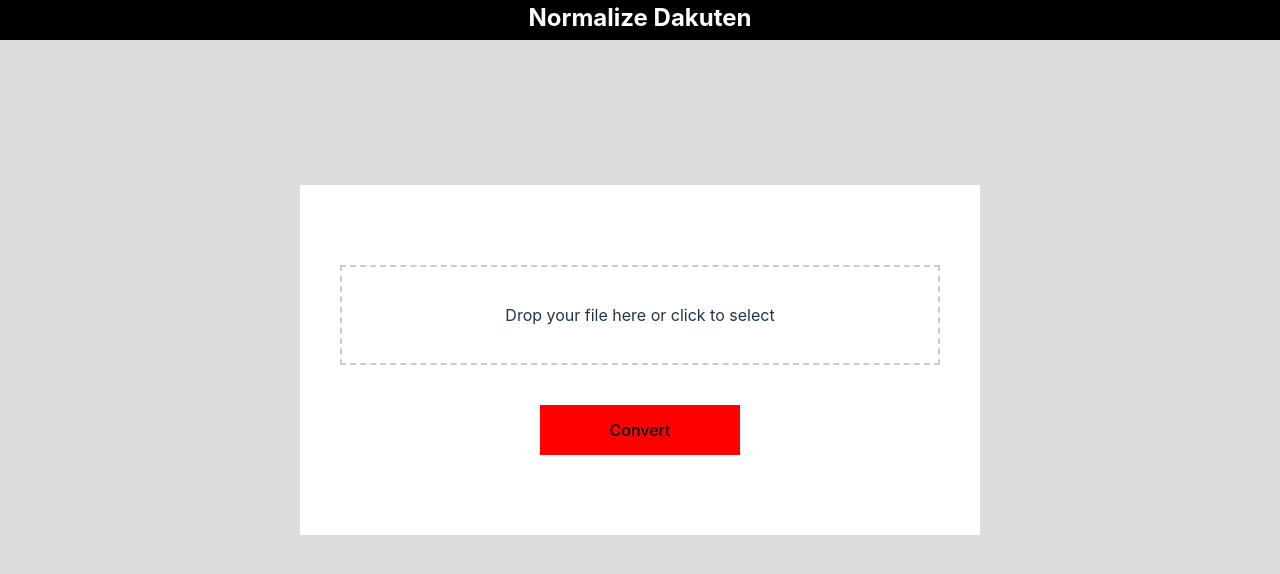
Repository: CatHandsService/normalize_dakuten
Page: / (app in front/)
An editor plug-in stored every save of this project. The page is shown before and after the next save, followed by the edit.
The browser window is 1280 px wide. The pictures show the whole page.
The project was rebuilt for these pictures with package versions that can differ from the ones it lists, and the page was loaded fresh each time. Also part of the build but not shown: front/vite.config.ts.

Above is the page before, as saved 2024-01-27 16:54:39.

After the next save:
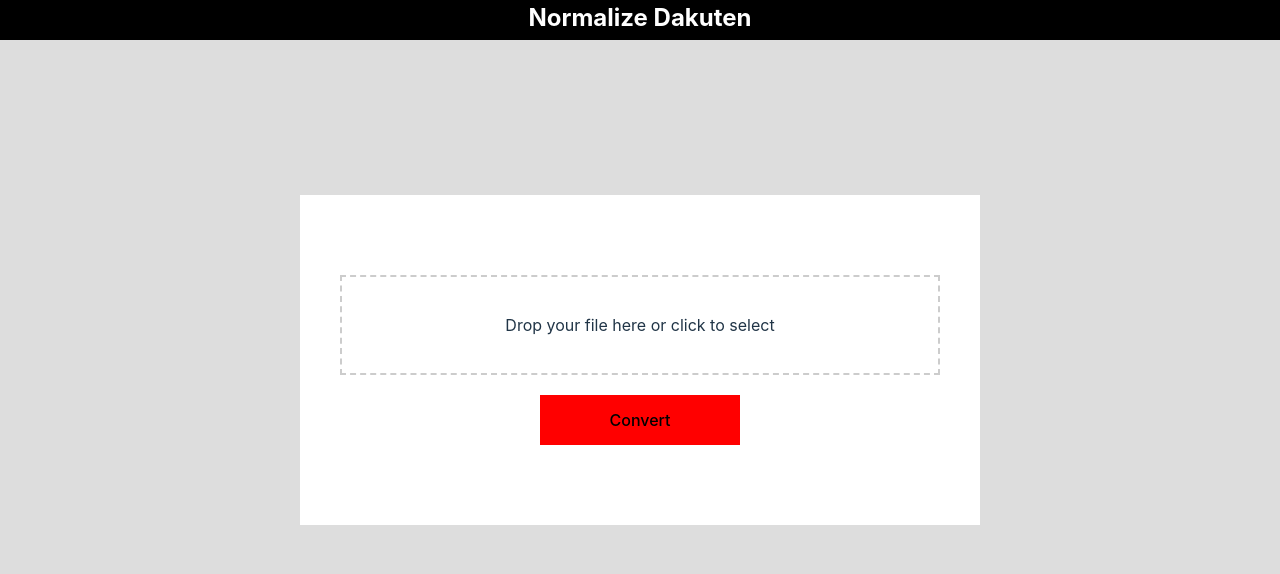
Saved 33 s later.
--- a/front/src/App.css
+++ b/front/src/App.css
@@ -39,7 +39,7 @@ body {
 .convert {
   width: 200px;
   height: 50px;
-  margin-top: 40px;
+  margin-top: 20px;
   background-color: #f00;
   border-radius: 0;
 }
